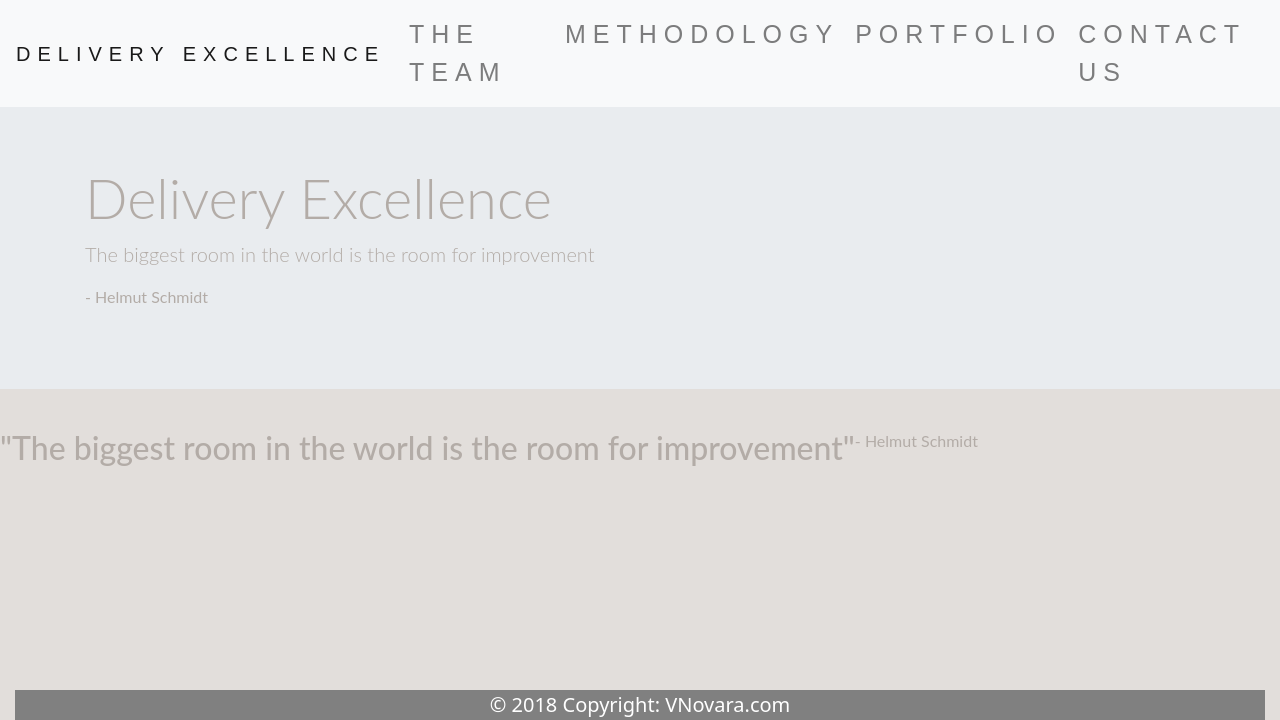
Repository: valenovi76/DeliveryExcellence
Page: index.html
The author's editor kept a record of every edit. The page is drawn from the files as they stood at one moment, then again after the next edit.
The browser window is 1280 px wide. The pictures show the whole page.
Some web libraries are served in a nearby version.

Above is the page before.

After the next edit:
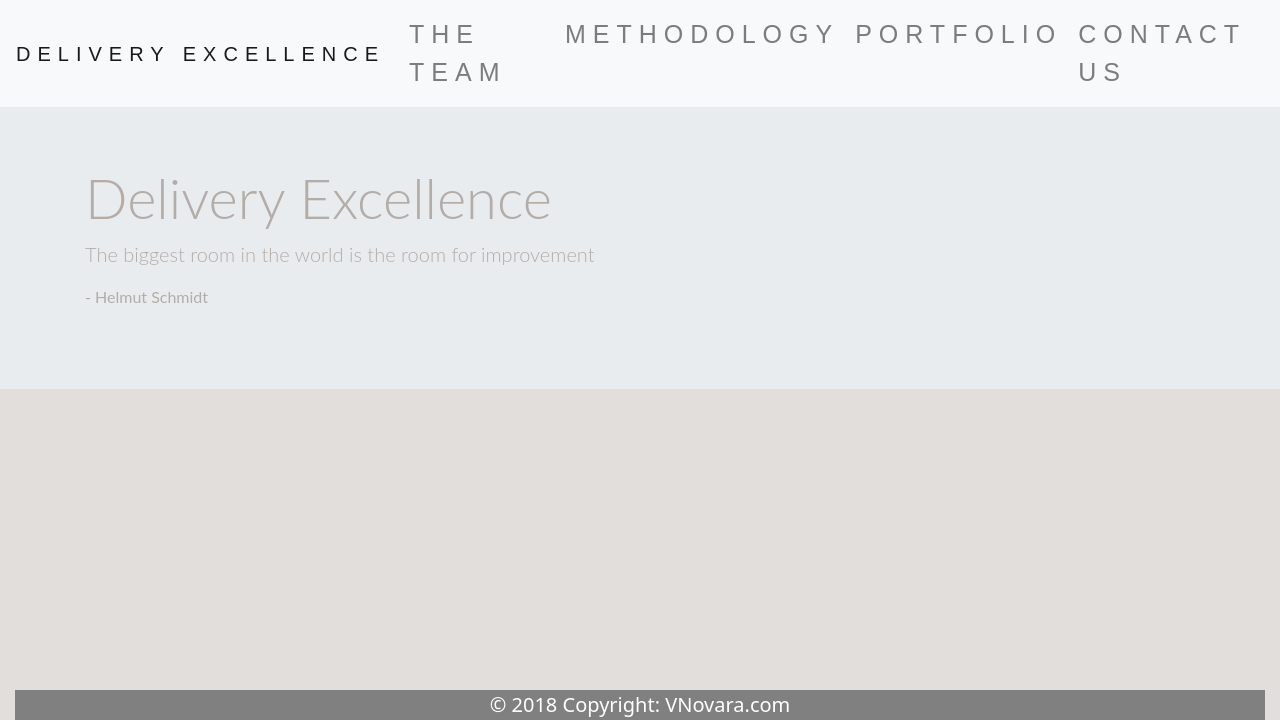
The edit:
--- a/index.html
+++ b/index.html
@@ -47,15 +47,6 @@
                 <p>- Helmut Schmidt</p>
               </div>
         </div>
-        <div class="container-fluid">
-            <div class="row">
-            <h1></h1>
-            </div>
-            <div class="row">
-                <h2>"The biggest room in the world is the room for improvement"</h2>
-                     <p>- Helmut Schmidt</p>
-            </div>
-        </div>
 
     </section>
 
